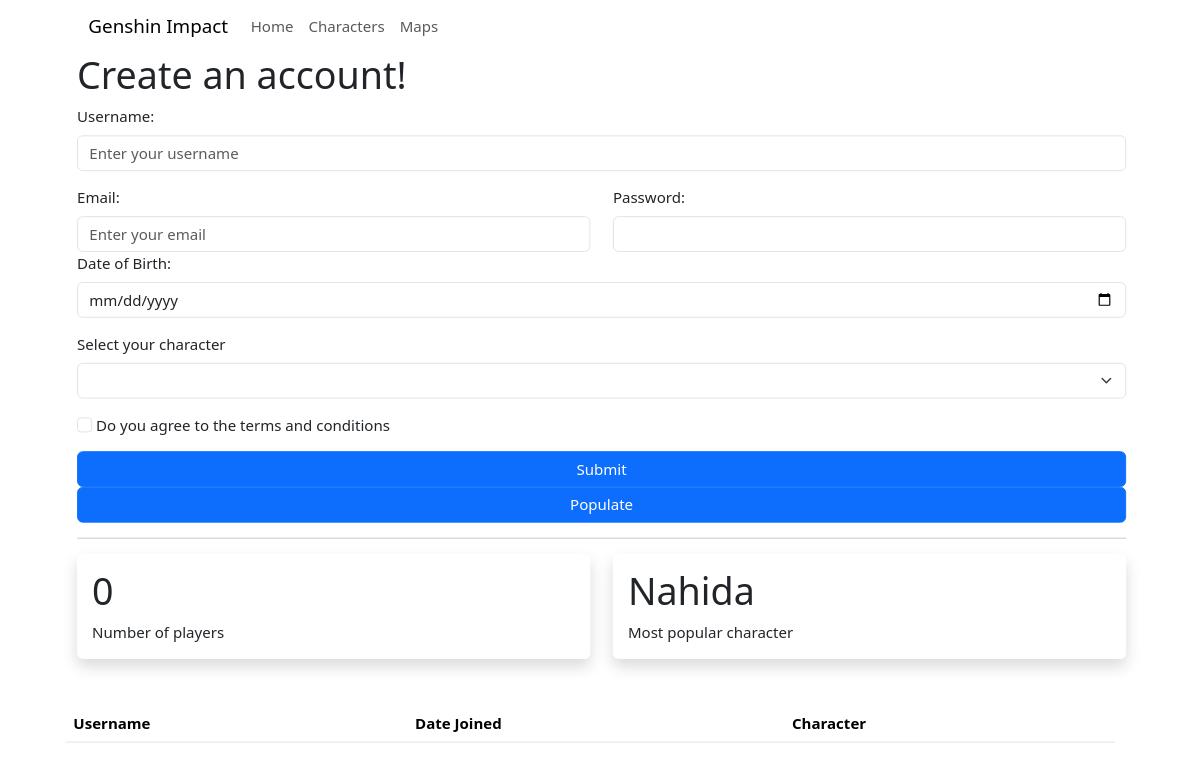
Repository: pendragons-code/BootStrap-Lesson
Page: static/html/genshin_account.html
The author's editor kept a copy of each file at every save. The page is drawn from the files as they stood at one save, then again after a run of saves.
The browser window is 1280 px wide. The pictures show the whole page, at 94% of full size.

Above is the page before, as saved 2024-07-24 10:55:18.
Console error: SyntaxError: Unexpected token ')'

### static/html/genshin_account.html
<!DOCTYPE html>
<html lang="en">

<head>
	<meta charset="UTF-8">
	<meta name="viewport" content="width=device-width, initial-scale=1.0">
	<link href="https://cdn.jsdelivr.net/npm/bootstrap@5.3.3/dist/css/bootstrap.min.css" rel="stylesheet"
		integrity="sha384-QWTKZyjpPEjISv5WaRU9OFeRpok6YctnYmDr5pNlyT2bRjXh0JMhjY6hW+ALEwIH" crossorigin="anonymous">
	<script src="https://cdn.jsdelivr.net/npm/bootstrap@5.3.3/dist/js/bootstrap.bundle.min.js"
		integrity="sha384-YvpcrYf0tY3lHB60NNkmXc5s9fDVZLESaAA55NDzOxhy9GkcIdslK1eN7N6jIeHz"
		crossorigin="anonymous"></script>
	<script src="/js/genshin_users.js" defer></script>
	<script src="/js/genshin_form.js" defer></script>
	<title>Document</title>
</head>

<body>
	<div class="container">
		<nav class="navbar navbar-expand-sm bg-body-primary">
			<div class="container-fluid">
				<a class="navbar-brand" href="#">Genshin Impact</a>
				<button class="navbar-toggler" type="button" data-bs-toggle="collapse" data-bs-target="#navbarNav"
					aria-controls="navbarNav" aria-expanded="false" aria-label class="form-label"="Toggle navigation">
					<span class="navbar-toggler-icon"></span>
				</button>
				<div class="collapse navbar-collapse" id="navbarNav">
					<ul class="navbar-nav">
						<li class="nav-item">
							<a class="nav-link" href="#">Home</a>
						</li>
						<li class="nav-item">
							<a class="nav-link" href="#">Characters</a>
						</li>
						<li class="nav-item">
							<a class="nav-link" href="#">Maps</a>
						</li>
					</ul>
				</div>
			</div>
		</nav>
	</div>

	<form action="#" method="POST" class="container needs-validation" novalidate>
		<h1 class="display1">Create an account!</h1>
		<div class="row">
			<div class="col mb-3">
				<label class="form-label" for="usernameField">Username: </label>
				<input required=true class="form-control" type="text" id="usernameField"
					placeholder="Enter your username" name="username">
				<div class="invalid-feedback">Please provide valid username</div>
			</div>
		</div>

		<div class="row">
			<div class="col mb-3-12 col mb-3-sm-6">
				<label class="form-label" for="emailField">Email:</label>
				<input required=true class="form-control" type="email" id="emailField" placeholder="Enter your email"
					name="email">
				<div class="invalid-feedback">Please provide valid email</div>
			</div>

			<div class="col mb-3-12 col mb-3-sm-6">
				<label class="form-label" for="passwordField">Password: </label>
				<input required=true class="form-control" type="password" id="passwordField" name="password">
				<div class="invalid-feedback">Please provide valid password</div>
			</div>
		</div>

		<div class="row">
			<div class="col mb-3">
				<label class="form-label" for="dateOfBirth">Date of Birth: </label>
				<input class="form-control" type="date" id="dateOfBirth">
			</div>
		</div>


		<div class="row">
			<div class="col mb-3">
				<label class="form-label" for="character">Select your character</label>
				<select id="character" class="form-select" required=true>
					<div class="invalid-feedback">Please select character</div>
					<option></option>
					<option>Zhongli</option>
					<option>Nahida</option>
					<option>Kokomi</option>
					<option>Raiden</option>
				</select>
			</div>
		</div>


		<div class="row">
			<div class="col mb-3">
				<input required=true class="form-check-input required=true" type="checkbox" name="terms"
					id="termsField">
				<div class="invalid-feedback">Please agree to the terms and conditions</div>
				<label class="form-check-label" for="termsField">Do you agree to the terms and conditions</label>
			</div>
		</div>
		<div class="d-grid">
			<button type="submit" class="btn btn-primary">Submit</button>
			<button type="button" onclick="dummyData()" class="btn btn-primary">Populate</button>
		</div>

	</form>
	<div class="container">
		<hr>
		<div class="row">
			<div class="col">
				<div class="shadow p-3 mb-5 bg-body rounded">
					<h1 id="playerCount">0</h1>
					<div>Number of players</div>
				</div>
			</div>
			<div class="col">
				<div class="shadow p-3 mb-5 bg-body rounded">
					<h1>Nahida</h1>
					<div>Most popular character</div>
				</div>
			</div>
			<div class="row">
				<table class="table">
					<thead>
						<tr>
							<th scope="col">Username</th>
							<th scope="col">Date Joined</th>
							<th scope="col">Character</th>
						</tr>
					</thead>
					<tbody id="playerTableBody"></tbody>
				</table>
			</div>
		</div>
	</div>
</body>

</html>

### static/js/genshin_users.js
"use strict";

let users = [
	{
		username: "johndoe",
		character: "Nahida",
		dateJoined: "2024-01-01"
	},
	{
		username: "heehee",
		character: "Zhongli",
		dateJoined: "2024-01-01"
	},
	{
		username: "haaahaaa",
		character: "Kokomi",
		dateJoined: "2024-01-01"
	},
	{
		username: "hehehaha",
		character: "Nahida",
		dateJoined: "2024-01-01"
	},
	{
		username: "hahahehe",
		character: "Nahida",
		dateJoined: "2024-01-01"
	},
	{
		username: "weeeee",
		character: "Nahida",
		dateJoined: "2024-01-01"
	},
];

### static/js/genshin_form.js
"use strict";

updatePlayerCount();
function updatePlayerCount() {
	let playerCountElement = document.getElementById("playerCount");
	playerCountElement.innerHTML = users.length;
}

function updatePlayerTable() {
	let tbodyElement = document.getElementById("playerTableBody");
	let tableBodyHtml = "";
	for(let user of users) {
		tableBodyHtml += `<tr><td>${user.username}</td> <td>${user.dateJoined}</td> <td>${user.character}</td></tr>`;
	}
	console.log(tableBodyHtml)
	tbodyElement.innerHTML = tableBodyHtml;
}
updatePlayerTable();

function dummyData() {
	var dummyData = {
		username: "john_doe",
		email: "john.doe@example.com",
		password: "password123",
		dob: "1990-01-01",
		characters: "Nahida",
		terms: true
	}

	document.getElementById("usernameField").value = dummyData.username;
	document.getElementById("emailField").value = dummyData.email;
	document.getElementById("passwordField").value = dummyData.password;
	document.getElementById("dobField").value = dummyData.dob;
	document.getElementById("charactersField").value = dummyData.characters;
	document.getElementById("termsField").value = dummyData.terms;

}

function  updateUserDatabase() {
	let usernameValue = document.getElementById("usernameField").value;
	let charactersValue = document.getElementById("chractersField").value;

	let userObject = {
		username: usernameValue,
		charcter: charactersValue,
		dateJoined: "2024-07-22"
	}
	users.push(userObject)
}


		// Fetch all the forms we want to apply custom Bootstrap validation styles to
		var forms = document.querySelectorAll('.needs-validation')
		// Loop over them and prevent submission
		Array.prototype.slice.call(forms)
			.forEach(function (form) {
				form.addEventListener('submit', event => {
					event.preventDefault()
					event.stopPropagation()
					if (!form.checkValidity()) {
						updateUserDatabase();
						updatePlayerCount();
						updatePlayerTable();
						form.reset();
					} else {
						form.classLIst.add("was-validated");
					}
					form.classList.add('was-validated')
				}, false)
			})



function isUsernameUnique() {
	let result = true;
	let username = document.getElementById("usernameField").value;
	for(let i=0; i  < )
	return result;
}

After the next 6 saves:
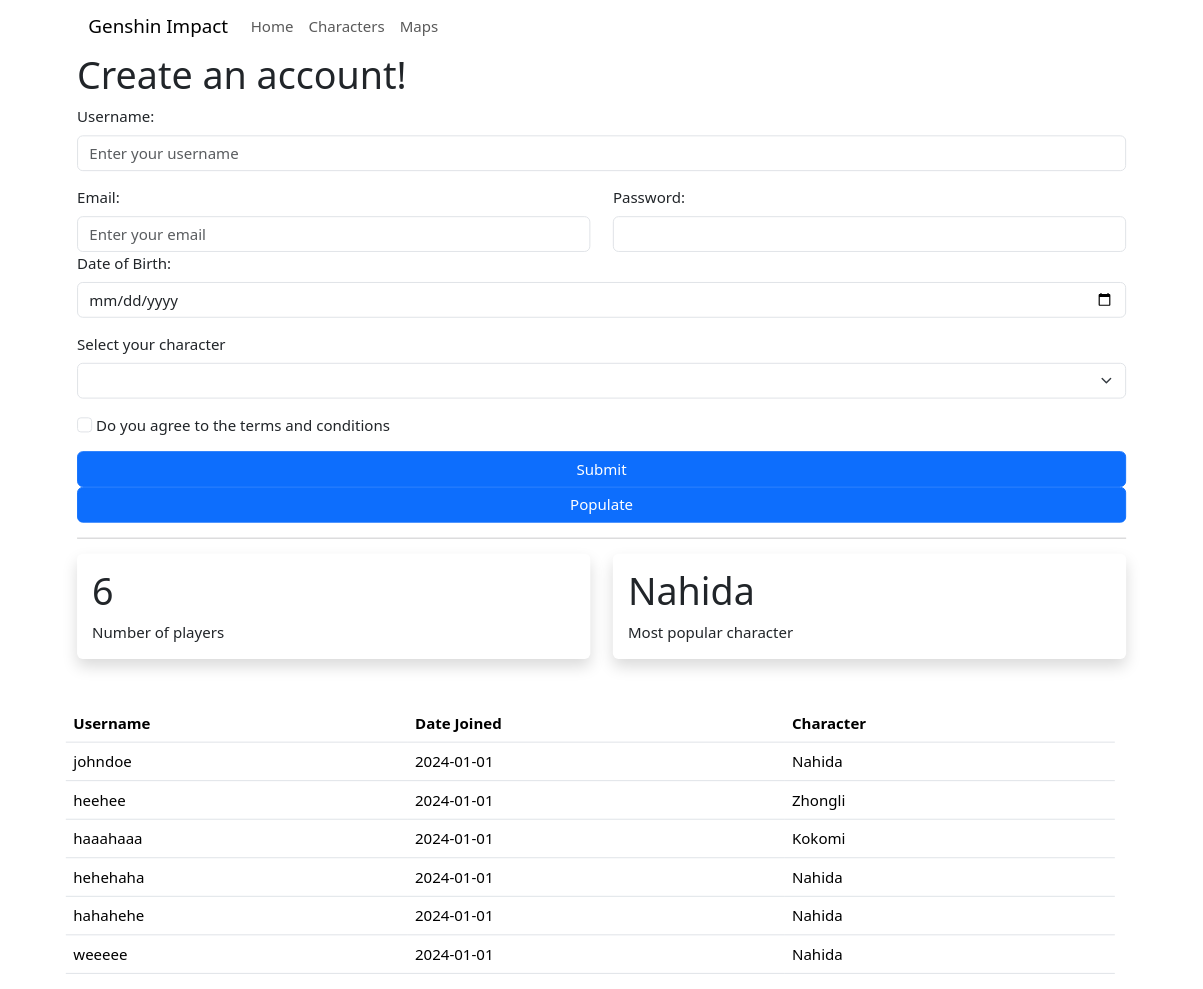
The error is gone.
The 6 saves are shown as one change because they came seconds apart.
The last was saved 22 s later.
--- a/static/js/genshin_form.js
+++ b/static/js/genshin_form.js
@@ -74,6 +74,9 @@
 function isUsernameUnique() {
 	let result = true;
 	let username = document.getElementById("usernameField").value;
-	for(let i=0; i  < )
+	for(let i=0; i  < users.length; ++i) {
+
+		break;
+	}
 	return result;
 }
